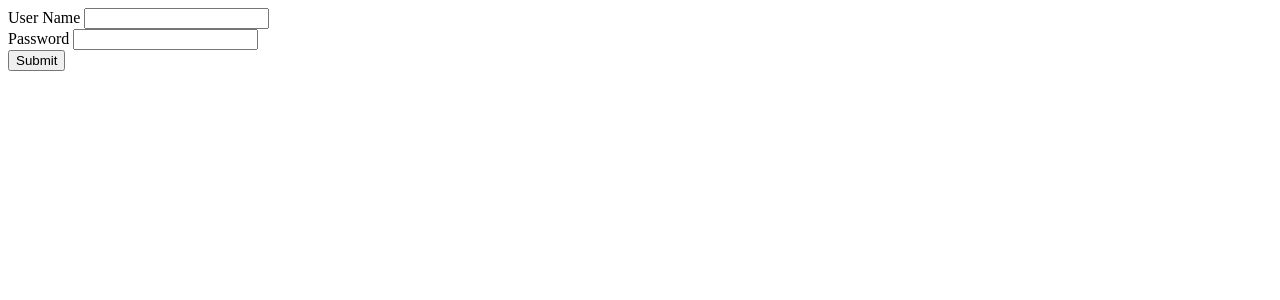
Repository: IT20643218/Employee-Management-System-OOP-Project-20-Y2S2
Page: http://localhost/EmployeeDemo/login.jsp
An editor plug-in stored every save of this project. The page is shown before and after the next save, followed by the edit.
The browser window is 1280 px wide. The pictures show the whole page.
The page is served by Tomcat 9. Nobody is signed in. The application's start-up code is not run. Other server files are loaded and not shown.

Above is the page before, as saved 2021-09-29 11:11:44.

### Java_Project/EmployeeDemo/src/main/webapp/login.jsp
<%@ page language="java" contentType="text/html; charset=ISO-8859-1"
    pageEncoding="ISO-8859-1"%>
<!DOCTYPE html>
<html>
<head>
<meta charset="ISO-8859-1">
<title>Insert title here</title>
</head>
<body>
	<form action="log" method="post">

	<tr>
	<td>User Name</td>
	<td><input type="text" name="uid"></td><br>
	</tr>
	<tr>
	<td>Password</td>
	<td><input type="password" name="pass"></td><br>

	<input type="submit" name="submit" vlaue="login">

	</form>

</body>
</html>

After the next save:
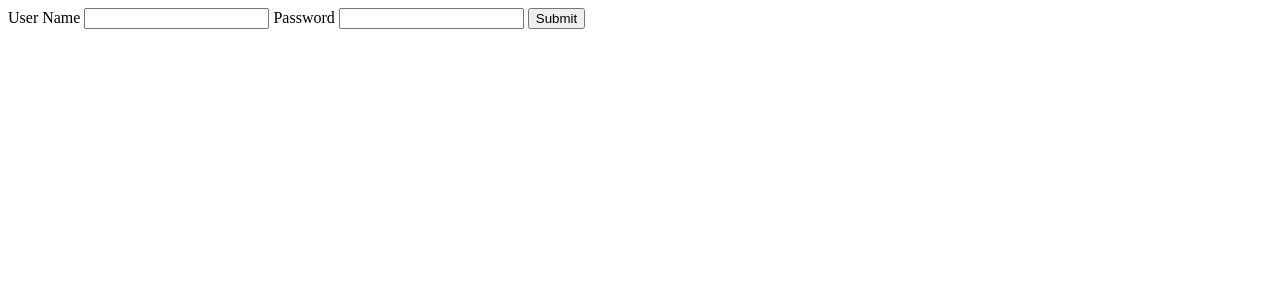
Saved 53 s later.
--- a/Java_Project/EmployeeDemo/src/main/webapp/login.jsp
+++ b/Java_Project/EmployeeDemo/src/main/webapp/login.jsp
@@ -11,11 +11,13 @@
 
 	<tr>
 	<td>User Name</td>
-	<td><input type="text" name="uid"></td><br>
+	<td><input type="text" name="uid"></td>
 	</tr>
+
 	<tr>
 	<td>Password</td>
-	<td><input type="password" name="pass"></td><br>
+	<td><input type="password" name="pass"></td>
+	</tr>
 
 	<input type="submit" name="submit" vlaue="login">
 
